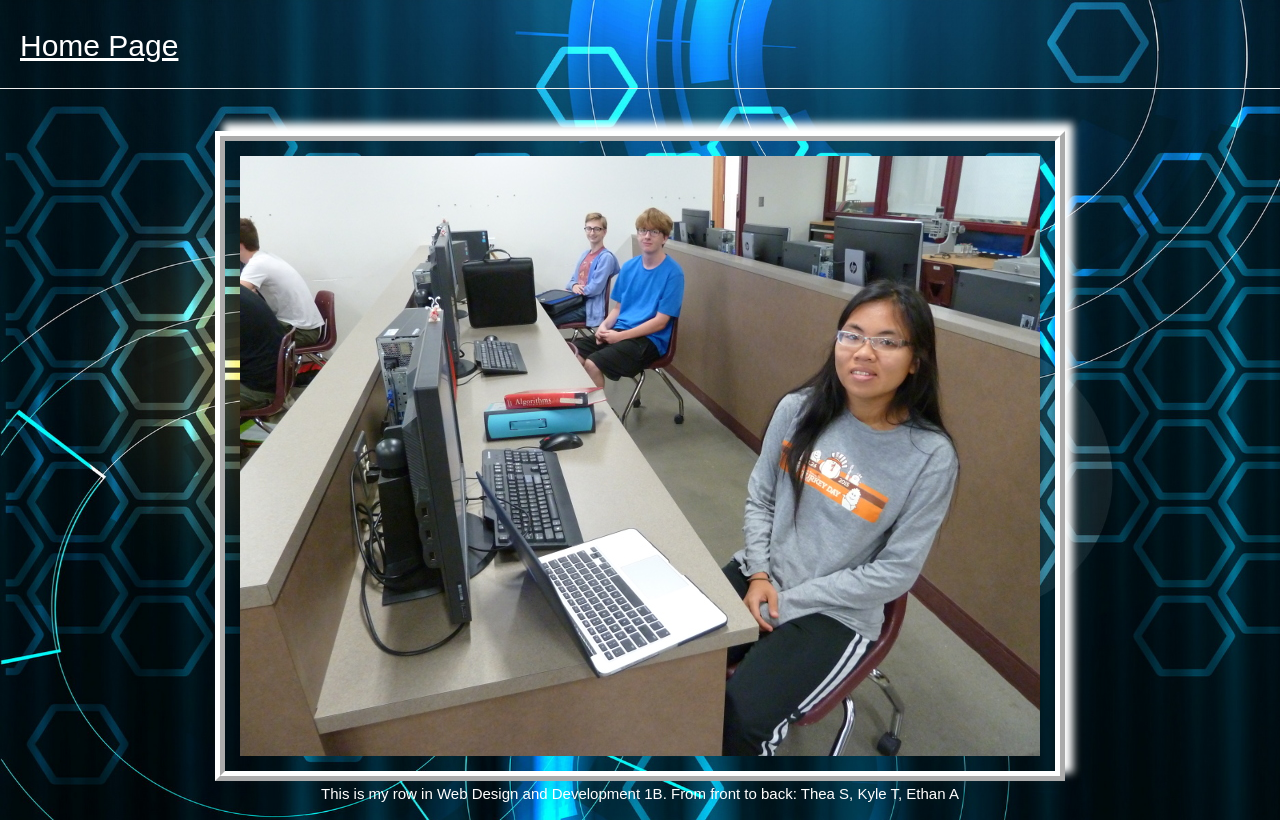
Repository: m-rabbit/b1_sukianto_code
Page: websites/MySchoolDay/pages/pic04.html
These files come from the project's save history. The page is drawn as it stood at one moment and after the next save; the edit follows.
The browser window is 1280 px wide. The pictures show the whole page.

Above is the page before, as saved 2016-10-31 14:13:10.

### websites/MySchoolDay/pages/pic04.html
<!DOCTYPE html>

<html>

	<head>
		<meta charset="UTF-8">
		<title>Web Design Row</title>
		<link rel="stylesheet" type="text/css" href="../css/w3.css">
		<link rel="stylesheet" type="text/css" href="../css/school.css">
		<script src="../js/jquery-3.1.0.min.js"></script>

	</head>
	<style>
		body {
			background-color: #00BCD4;
			color: white;
		}
		a {
			padding: 20px;
			font-size: 2em;
		}
	</style>

	<body>

		<br>
		<a href="../index.html">Home Page</a>
		<br><hr><br>

		<div align="center">

			<img class="piccenter" src="../images/row_800.JPG" alt="row">

		</div>

		<div style= "width:70%;margin:auto">

		<div style="text-align: center">This is my row in Web Design and Development 1B. From front to back: Thea S, Kyle T, Ethan A</p>
		</div>
	</body>

### websites/MySchoolDay/css/school.css
body {
	background-image: url("../images/hexagon.jpg");
	font-family: "Montserrat", sans-serif;
	background-size: cover;
}

h1{
	font-size: 4em;
}
#bannerpic {
	float: right;
	margin: 0 0 10px 10px;
	border: gray ridge 2px;
	border-width: 10px;
}

.videos {

}
#video1 {
	text-align: center;
}

#video2 {
	text-align: center;
}

.w3-card-4 {
	width: 40%;
}

.w3-card-5 {
	width: 40%;
	float: right;
	margin: 0 0 10px 10px;
}
.floatclear {
	clear: both;
}

#banner {
	margin-left: 20px;
	margin-right: 20px;
	text-align: center;
	color: white;
}

#aboutmebutton {
	background-color: white;
	color: #9C27B0;
}

#aboutmebutton:hover {
	box-shadow: 0 12px 16px 0 rgba(0,0,0,0.24), 0 17px 50px 0 rgba(0,0,0,0.19);
}

.mousechange {
	text-shadow: 8px 8px 8px #000000;
	font-family: "Montserrat", sans-serif;
}

table, th, td {
	border: 1px solid black;
	/*border-collapse: collapse;*/
	padding: 5px;
}
th, td {
	padding: 15px;
}
th {
	background-color: #DDFFFF;
}

td {
	background-color: #E7FFE7;
}

table {
	border-spacing: 15px;
}

.pCenter {
	text-align: center;
}

.piccenter {
	border: white ridge 2px;
	border-width: 10px;
	box-shadow: 8px -8px 8px white;
	padding: 1em;
}

#pics {
	text-align: center;
}
}

Loaded but not shown: websites/MySchoolDay/css/w3.css (library); websites/MySchoolDay/js/jquery-3.1.0.min.js (library)

After the next save:
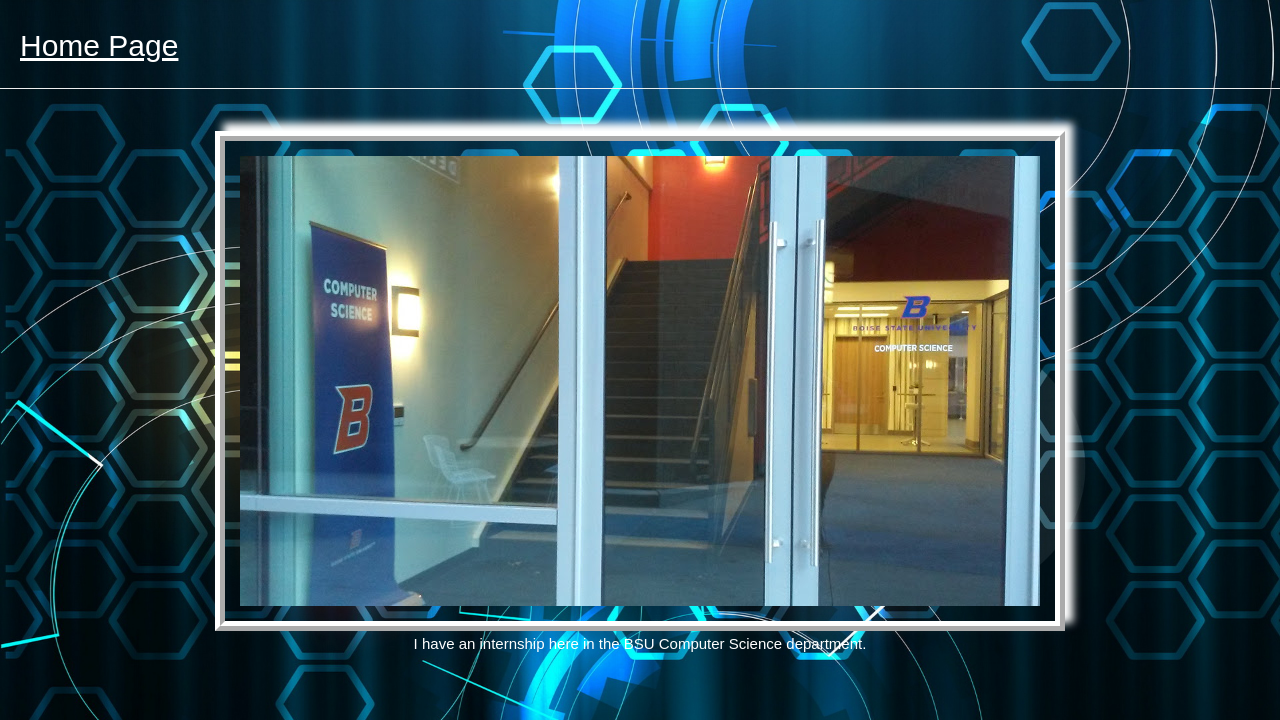
Saved 81 s later.
--- a/websites/MySchoolDay/pages/pic04.html
+++ b/websites/MySchoolDay/pages/pic04.html
@@ -4,7 +4,7 @@
 
 	<head>
 		<meta charset="UTF-8">
-		<title>Web Design Row</title>
+		<title>BSU CS Department</title>
 		<link rel="stylesheet" type="text/css" href="../css/w3.css">
 		<link rel="stylesheet" type="text/css" href="../css/school.css">
 		<script src="../js/jquery-3.1.0.min.js"></script>
@@ -29,12 +29,12 @@
 
 		<div align="center">
 
-			<img class="piccenter" src="../images/row_800.JPG" alt="row">
+			<img class="piccenter" src="../images/bsu_cs_800.jpg" alt="bsu cs 800">
 
 		</div>
 
 		<div style= "width:70%;margin:auto">
 
-		<div style="text-align: center">This is my row in Web Design and Development 1B. From front to back: Thea S, Kyle T, Ethan A</p>
+		<div style="text-align: center">I have an internship here in the BSU Computer Science department.</p>
 		</div>
 	</body>
